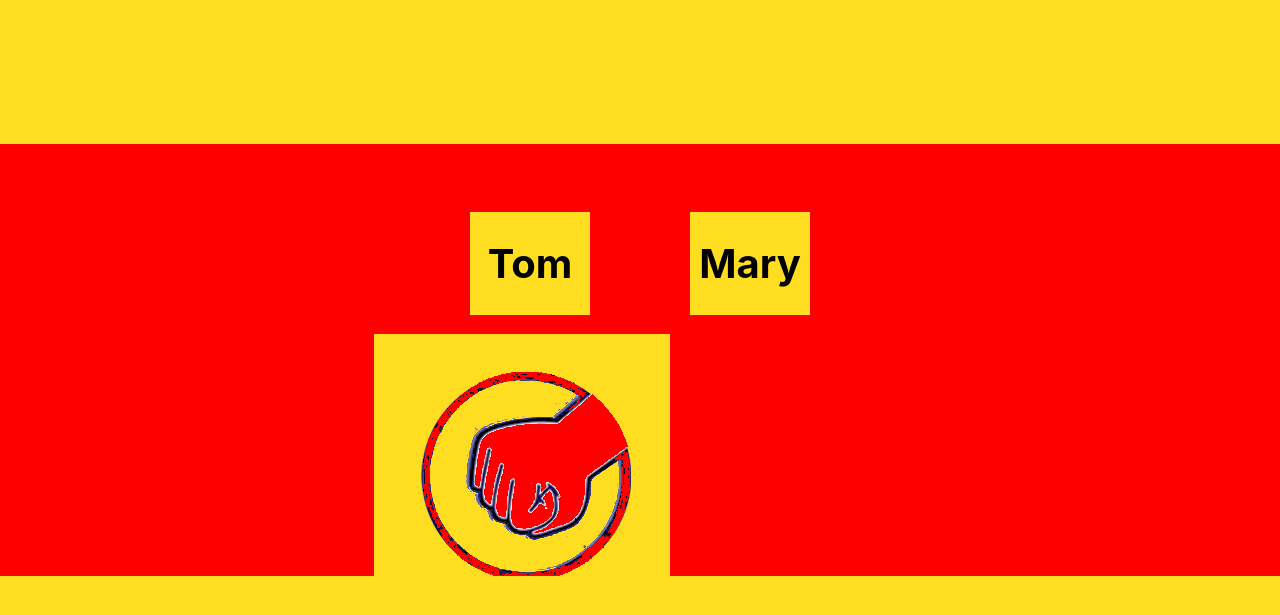
Repository: K009/Rock-Paper-Scissors
Page: /
An editor plug-in stored every save of this project. The page is shown before and after the next save, followed by the edit.
The browser window is 1280 px wide. The pictures show the whole page.
The project was rebuilt for these pictures with package versions that can differ from the ones it lists, and the page was loaded fresh each time.

Above is the page before, as saved 2020-05-13 10:23:51.

### src/App.js
import React, { Component } from "react";
import "./App.css";
import Player from "./components/Player";
import rock from "./components/img/rock.png";

const weapon = ["rock", "paper", "scissors"];

class App extends Component {
  constructor() {
    super();
    this.state = {
      playerOne: weapon[0],
      playerTwo: weapon[0],
      winner: "",
    };
    this.state = { counter: 0 };
  }

  startGame = () => {
    let counter = 0;
    let gameInterval = setInterval(() => {
      //to make a delay
      counter++;
      console.log(counter);
      this.setState({
        playerTwo: weapon[Math.floor(Math.random() * weapon.length)],
        winner: "",
      });
      if (counter > 5) {
        clearInterval(gameInterval);
        this.setState({
          winner: this.selectWinner(),
        });
      }
    }, 100);
  };

  selectWinner = () => {
    const { playerOne, playerTwo } = this.state;
    console.log("Player One: " + playerOne + "Player Two: " + playerTwo);
    if (playerOne === playerTwo) {
      console.log("It's a tie");
      return "It's a tie";
    } else if (
      (playerOne === "rock" && playerTwo === "scissors") ||
      (playerOne === "paper" && playerTwo === "rock") ||
      (playerOne === "scissors" && playerTwo === "paper")
    ) {
      return "Player one wins!";
    } else {
      return "Player two wins!";
    }
  };

  selectWeapon = (weapon) => {
    //in argument it gets a value that is going to be set for playerOne
    this.setState({
      playerOne: weapon, //here it gets changed
      winner: "", //winner without any changes - still ""
    });
  };

  increment() {
    this.setState({
      counter: this.state.counter + 1,
    });
  }

  render() {
    const { playerOne, playerTwo, winner } = this.state;
    return (
      <div className="App">
        <div className="Header" />
        <div className="Main-part">
          <div className="Players">
            <Player playerName="Tom" weapon={playerOne} />
            <div className="break"> </div>
            <Player playerName="Mary" weapon={playerTwo} />
          </div>
          <div className="buttons">
            <img
              className="weapon"
              src={rock}
              onClick={() => this.selectWeapon("rock")}
              alt="Rock"
            />
            <button
              className="weapon"
              onClick={() => this.selectWeapon("rock")}
            >
              Rock
            </button>
            <button
              className="weapon"
              onClick={() => this.selectWeapon("scissors")}
            >
              Scissors
            </button>
            <button
              className="weapon"
              onClick={() => this.selectWeapon("paper")}
            >
              Paper
            </button>
          </div>
          <div className="winner">{winner ? this.selectWinner() : null}</div>
          <button className="weapon" onClick={this.startGame}>
            Start
          </button>
        </div>
        <footer />
      </div>
    );
  }
}

export default App;

### src/App.css
.Header {
  min-height: 20vh;
  text-align: center;
  justify-content: space-around;
  background-color: #ffde22;
  display: flex;
  flex-wrap: wrap;
}

.Main-part {
  background-color: red;
  min-height: 60vh;
  text-align: center;
}

.Players {
  text-align: center;
  display: inline-block;
}

.break {
  width: 100px;
  min-height: 20vh;
  background-color: red;
  float: left;
}

.weapon {
  background: #ffde22;
  margin-top: 15px;
  border: none;
  padding: 10px 20px;
  color: black;
}

.weapon:hover {
  background: #ecce20;
  cursor: pointer;
}

.winner {
  color: #ffde22;
  font-size: 20px;
  margin-top: 15px;
}

footer {
  min-height: 20vh;
  background-color: #ffde22;
  width: 100%;
  position: absolute;
  left: 0;
  bottom: 0;
}

### src/components/Player.js
import React from "react";
import style from "./player.module.css";

const Player = ({ playerName }) => {
  return (
    <div className={style.player}>
      <h1>{playerName}</h1>
    </div>
  );
};

export default Player;

### src/components/player.module.css
.player {
  background-color: #ffde22;
  font-size: 20px;
  text-align: center;
  width: 120px;
  float: left;
  margin-top: 20%;
}

Loaded but not shown: public/index.html (common file); src/index.js (common file); src/index.css (common file); src/serviceWorker.js (common file)

After the next save:
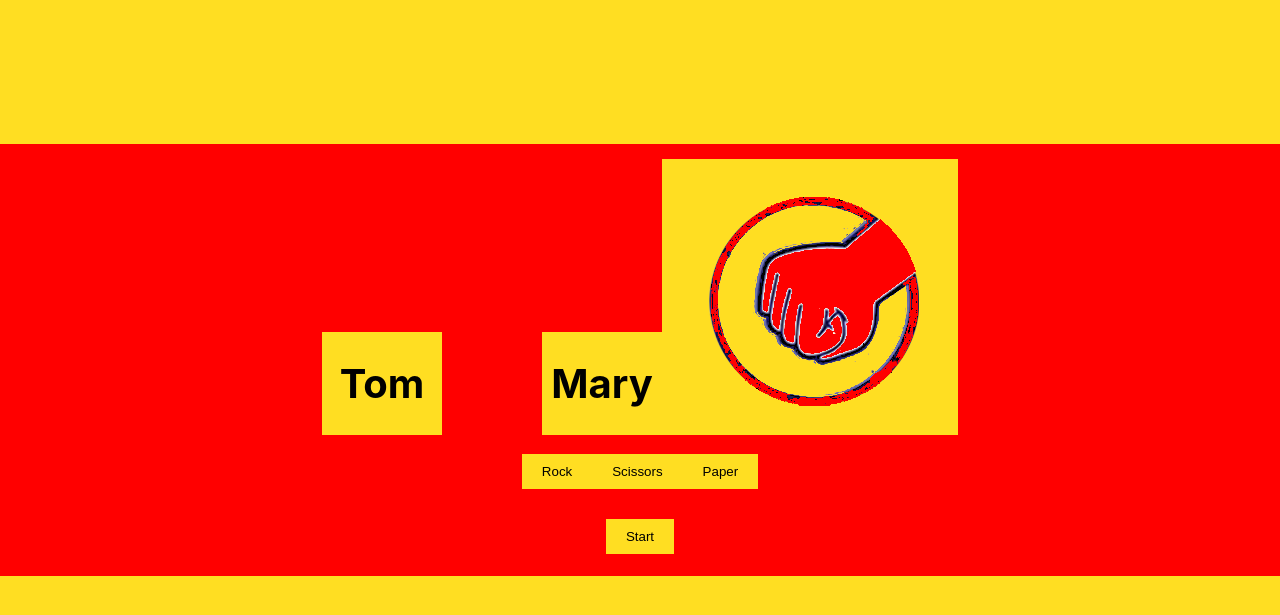
Saved 22 s later.
--- a/src/App.js
+++ b/src/App.js
@@ -77,13 +77,13 @@ class App extends Component {
             <div className="break"> </div>
             <Player playerName="Mary" weapon={playerTwo} />
           </div>
+          <img
+            className="weapon"
+            src={rock}
+            onClick={() => this.selectWeapon("rock")}
+            alt="Rock"
+          />
           <div className="buttons">
-            <img
-              className="weapon"
-              src={rock}
-              onClick={() => this.selectWeapon("rock")}
-              alt="Rock"
-            />
             <button
               className="weapon"
               onClick={() => this.selectWeapon("rock")}
